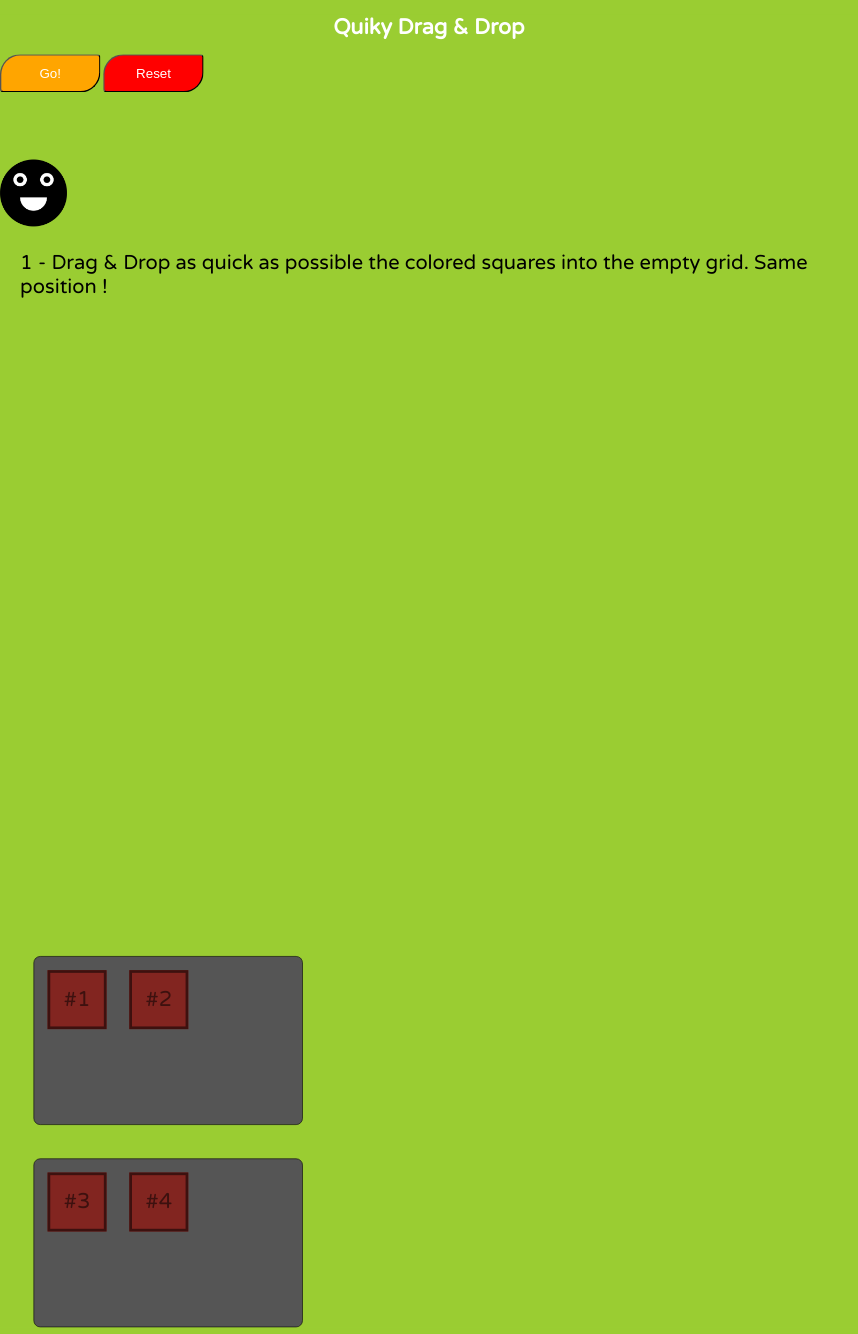
Repository: Siehan/Quiky-drag-and-drop
Page: index.html
The author's editor kept a copy of each file at every save. The page is drawn from the files as they stood at one save, then again after the next save.
The browser window is 1280 px wide. The pictures show the whole page, at 67% of full size.

Above is the page before, as saved 2020-01-22 13:52:38.
Console error: ReferenceError: documents is not defined

### index.html
<!DOCTYPE html>
<html lang="en">

<head>
  <meta charset="UTF-8">
  <meta name="viewport" content="width=device-width, initial-scale=1.0">
  <meta http-equiv="X-UA-Compatible" content="ie=edge">
  <link rel="stylesheet" type="text/css" href="style.css">
  <script type="module" src="grid.js"></script>
  <script type="text/javascript"></script>
  <title>Document</title>
</head>

<body>
  <header>
    <h1>Quiky Drag & Drop</h1>
    <button id="button-go">Go!</button>
    <button id="button-reset">Reset</button>
  </header>

  <div id="time"></div>
  <img class="black-face" src="images/1297390581.png" alt="black face">
  <p>1 - Drag & Drop as quick as possible the colored squares into the empty grid. Same position !</p>
  <div id="container">

    <div class="container-one"></div>
    <div class="container-two"></div>
  </div>

  <div class="dropper">
    <div class="draggable">#1</div>
    <div class="draggable">#2</div>
  </div>
  <div class="dropper">
    <div class="draggable">#3</div>
    <div class="draggable">#4</div>
  </div>

</body>

</html>

### style.css
@import url("https://fonts.googleapis.com/css?family=Varela+Round&display=swap");

body, html {
  font-family: 'Varela Round', sans-serif;
  background: yellowgreen;
  color: white;
  margin: 0 auto;
  padding: 0;
}

#button-go {
  width: 150px;
  color: white;
  font-size: 20px;
  background-color: orange;
  padding: 15px;
  border-radius: 30px 5px;
}

#button-reset {
  width: 150px;
  color: white;
  font-size: 20px;
  background-color: red;
  padding: 15px;
  border-radius: 30px 5px;
}

h1 {
  color: white;
  text-align: center;
  border-style: 1px black;
}

p {
  padding: 30px;
  margin: auto;
  font-family: 'Varela Round', sans-serif;
  font-size: 30px;
  color: black;
}

.black-face {
  width: 100px;
}

#container {
  display: flex;
}

.container-one {
  display: grid;
  padding: 50px;
  grid-template-columns: repeat(5,1fr);
  grid-template-rows: repeat(5,1fr);
  width: 800px;
  height: 800px;
  grid-gap: 7px;
}

.container-two {
  display: grid;
  padding: 50px;
  grid-template-columns: repeat(5,1fr);
  grid-template-rows: repeat(5,1fr);
  width: 800px;
  height: 800px;
  grid-gap: 7px;
}

.container-one div {
  border: 1.5px solid white;
  width: 100%;
}

.container-two div {
  border: 1.5px solid black;
  width: 100%;
}

#time {
  padding: 50px;
  margin: auto;
  color: white;
  font-size: 25px;
}

.dropper {
    margin: 50px 10px 10px 50px;
    width: 400px;
    height: 250px;
    background-color: #555;
    border: 1px solid #111;

    border-radius: 10px;
    transition: all 200ms linear;
}

.drop_hover {
    box-shadow: 0 0 30px rgba(0, 0, 0, 0.8) inset;
}

.draggable {
    display: inline-block;
    margin: 20px 10px 10px 20px;
    padding-top: 20px;
    width: 80px;
    height: 60px;
    color: #3D110F;
    background-color: #822520;
    border: 4px solid #3D110F;
    text-align: center;
    font-size: 2em;
    cursor: move;

    transition: all 200ms linear;
    user-select: none;
}

### grid.js
function selectGeometricForms() {
    const btn = document.getElementById("button-go");
    const btnReset = document.getElementById("button-reset");
}

function setBlockColor() {
    const cases = document.querySelectorAll(".container-one div");
    cases.forEach(
        c =>
            c.style.background = getRandomColor())
}

function getRandomColor() {
    var letters = '0123456789ABCDEF';
    var color = '#';
    for (var i = 0; i < 6; i++) {
        color += letters[Math.floor(Math.random() * 16)];
    }
    return color;
}

(function() {

    var dndHandler = {

        draggedElement: null,

        applyDragEvents: function(element) {

            element.draggable = true;

            var dndHandler = this;

            element.addEventListener('dragstart', function(e) {
                dndHandler.draggedElement = e.target;
                e.dataTransfer.setData('text/plain', '');
            });
        },
        applyDropEvents: function(dropper) {

            dropper.addEventListener('dragover', function(e) {
                e.preventDefault();
                this.className = 'dropper drop_hover';
            });

            dropper.addEventListener('dragleave', function() {
                this.className = 'dropper';
            });

            var dndHandler = this;

            dropper.addEventListener('drop', function (e) {

                var target = e.target,
                    draggedElement = dndHandler.draggedElement,
                    clonedElement = draggedElement.cloneNode(true);

                while (target.classNam.indexOf('droper') == -1) {
                    target = target.parentNode;
                }

                target.className = 'dropper';
                clonedElement = target.appendChild(clonedElement);
                dndHandler.applyDragEvents(clonedElement);
                draggedElement.parentNode.removeChild(draggedElement);
            });
        }
    };

    var elements = document.querySelectorAll('.draggable'),
        elementsLen = elements.length;

    for (var i = 0; i < elementsLen; i++) {
        dndHandler.applyDragEvents(elements[i]);
    }

    var droppers = documents.querySelectorAll('.dropper'),
        droppersLen = droppers.length;

    for (var i = 0; i < droppersLen; i++) {
        dndHandler.applyDropEvents(droppers[i]);
    }

})();


function hourglass(id, cpt, lim, prev, next, callback) {
    (function f() {
        var el = document.getElementById(id);
        el.innerHTML = prev + cpt + next;
        if (cpt > lim) {
            cpt--;
            setTimeout(f, 999);
        } else if (callback) {
            callback();
        }
    })();
}

window.onload = function () {
    hourglass('time', 59, 0, 'The game ends in ', ' seconds', function () {
        alert("Game over !");
    });
};

for (let i = 0; i <= 24; i++) {
    var containerOne = document.querySelector(".container-one");
    var newDiv = document.createElement("div");
    newDiv.className = ("caseOne-" + i + " caseTableau1")
    containerOne.appendChild(newDiv);
    console.log(containerOne);
}

for (let i = 0; i <= 24; i++) {
    var containerTwo = document.querySelector(".container-two");
    var newDiv2 = document.createElement("div");
    newDiv2.className = ("caseTwo-" + i + " caseTableau2")
    containerTwo.appendChild(newDiv2);
    console.log(containerTwo);
}

setBlockColor()

After the next save:
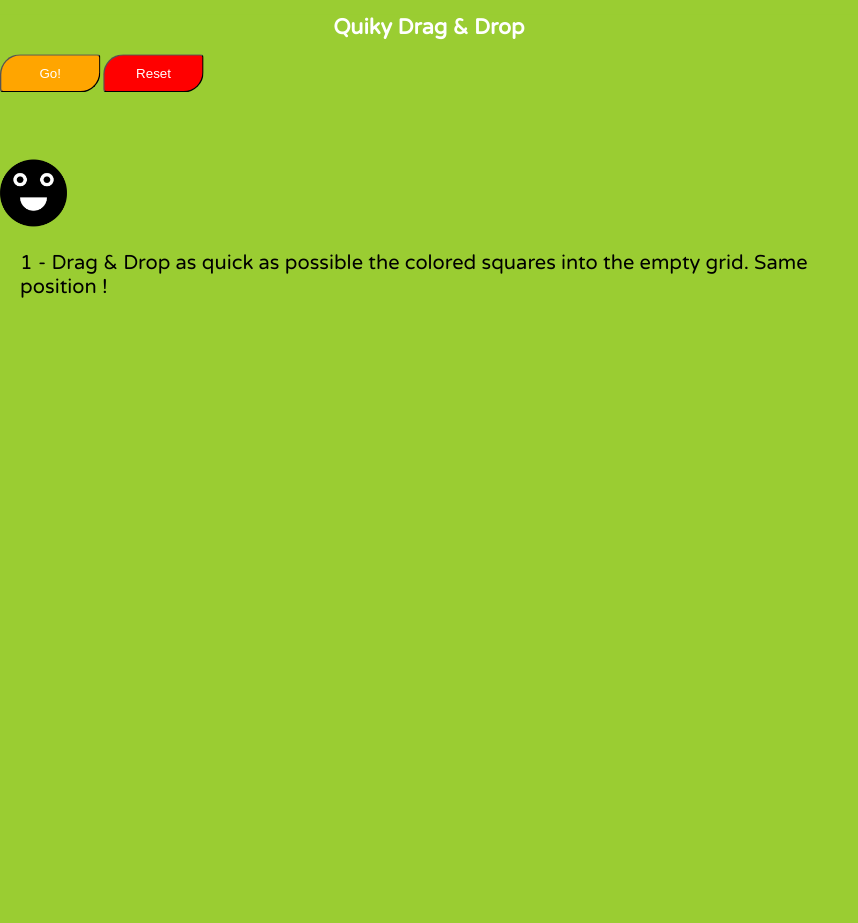
Saved 45 s later.
--- a/index.html
+++ b/index.html
@@ -27,14 +27,7 @@
     <div class="container-two"></div>
   </div>
 
-  <div class="dropper">
-    <div class="draggable">#1</div>
-    <div class="draggable">#2</div>
-  </div>
-  <div class="dropper">
-    <div class="draggable">#3</div>
-    <div class="draggable">#4</div>
-  </div>
+
 
 </body>
 

After the save that followed:
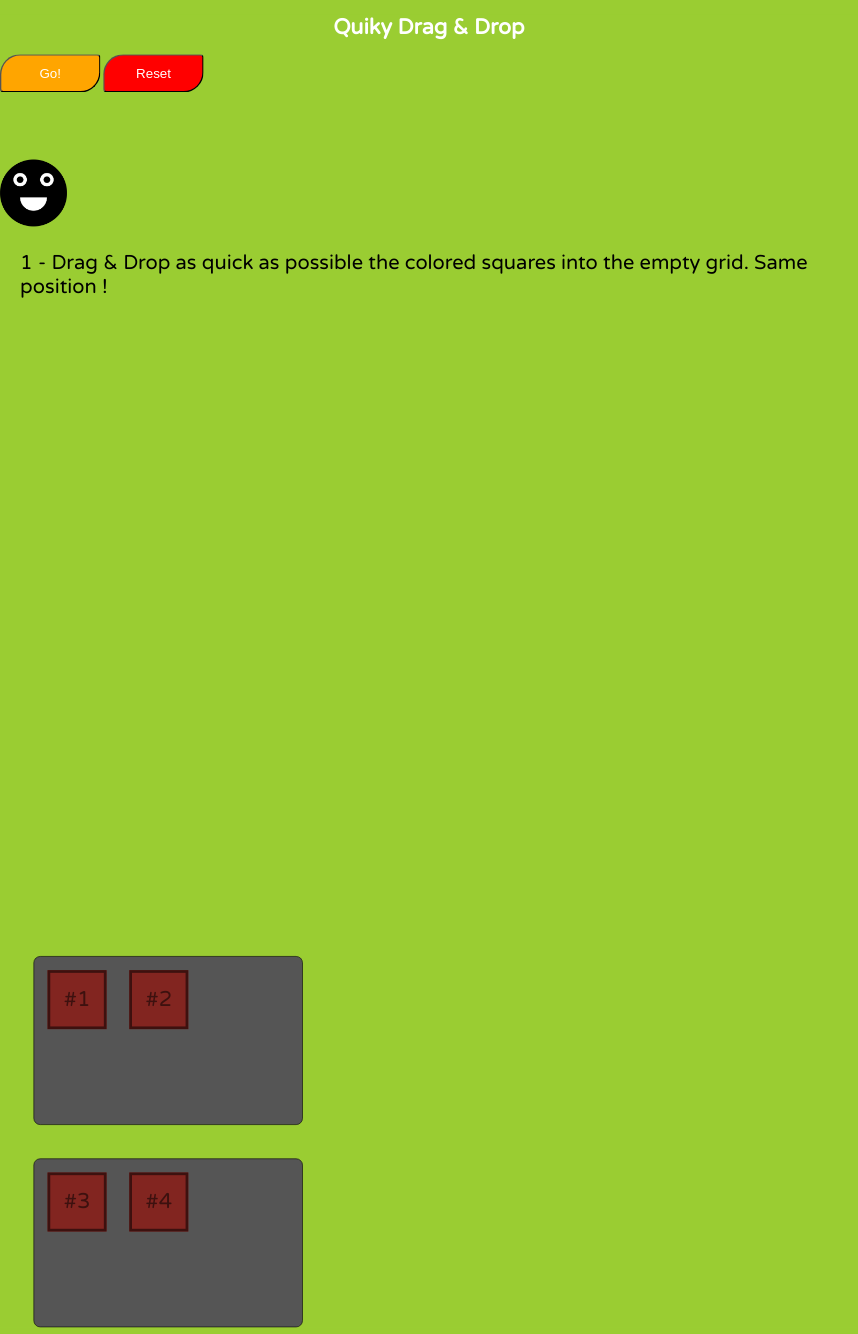
Saved 20 s later.
--- a/index.html
+++ b/index.html
@@ -27,7 +27,14 @@
     <div class="container-two"></div>
   </div>
 
-
+  <div class="dropper">
+    <div class="draggable">#1</div>
+    <div class="draggable">#2</div>
+  </div>
+  <div class="dropper">
+    <div class="draggable">#3</div>
+    <div class="draggable">#4</div>
+  </div>
 
 </body>
 
